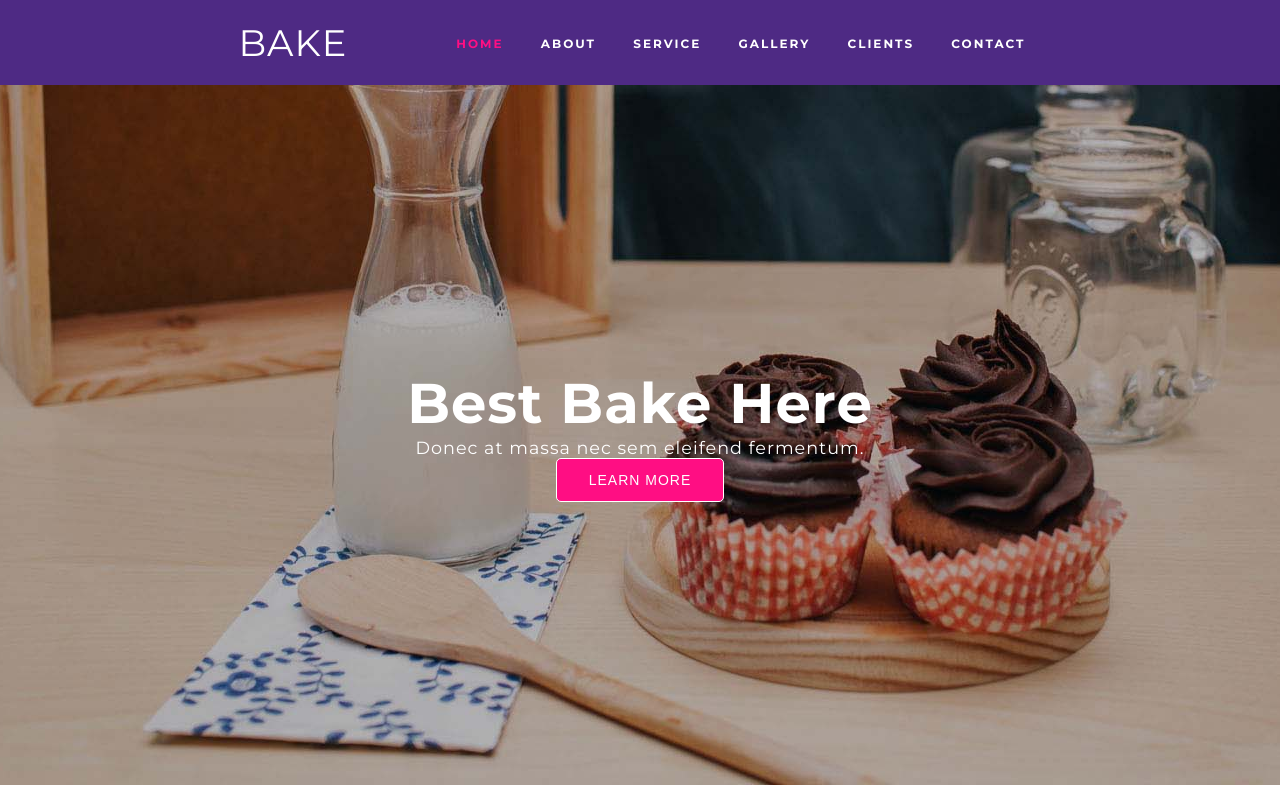
Repository: ducdatit2002/bake-cake
Page: index.html
The author's editor kept a copy of each file at every save. The page is drawn from the files as they stood at one save, then again after a run of saves.
The browser window is 1280 px wide. The pictures show the whole page.
The pointer rests on the first visible `button`.

Above is the page before, as saved 2023-07-13 00:22:35.

After the next 2 saves:
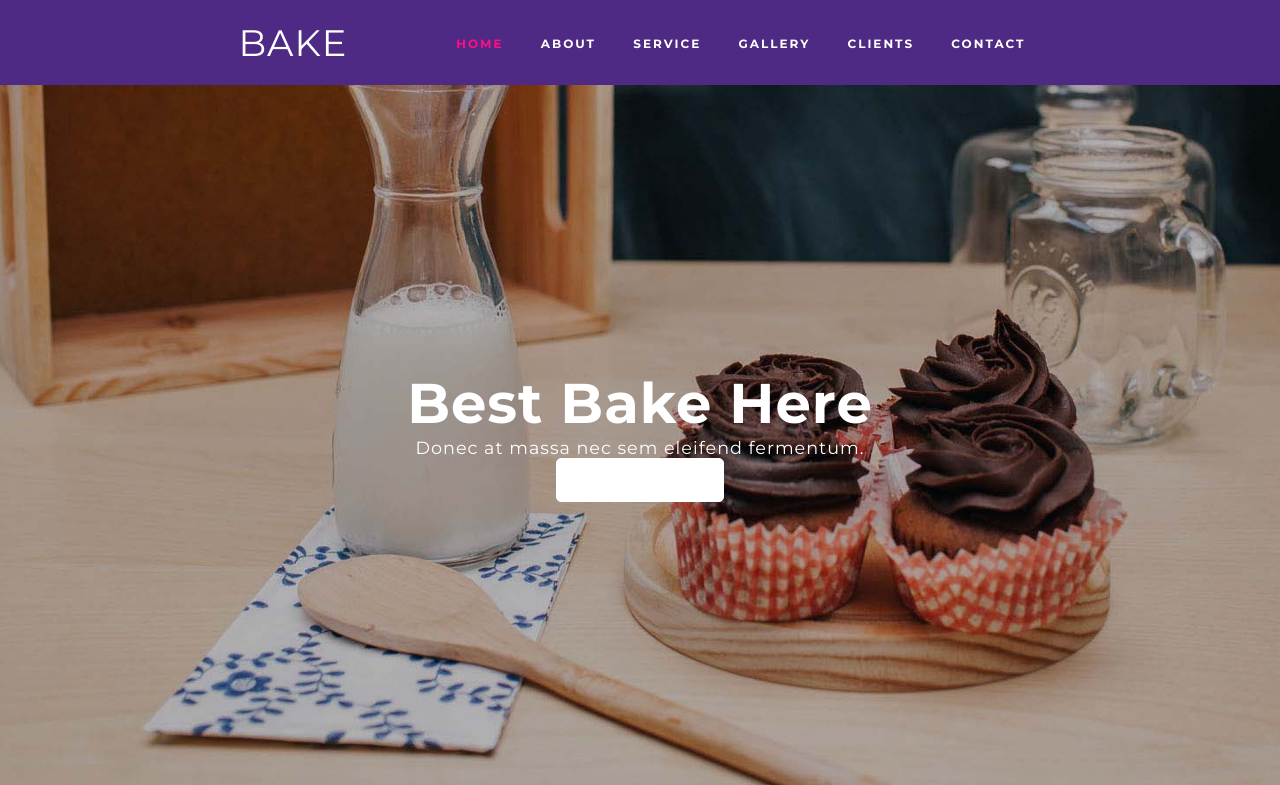
The 2 saves are shown as one change because they came seconds apart.
The last was saved 11 s later.
--- a/index.css
+++ b/index.css
@@ -27,7 +27,8 @@ button {
     letter-spacing: 1px;
 }
 button:hover {
-
+    background-color: white;
+    co
 }
 /* HEADER */
 header {
